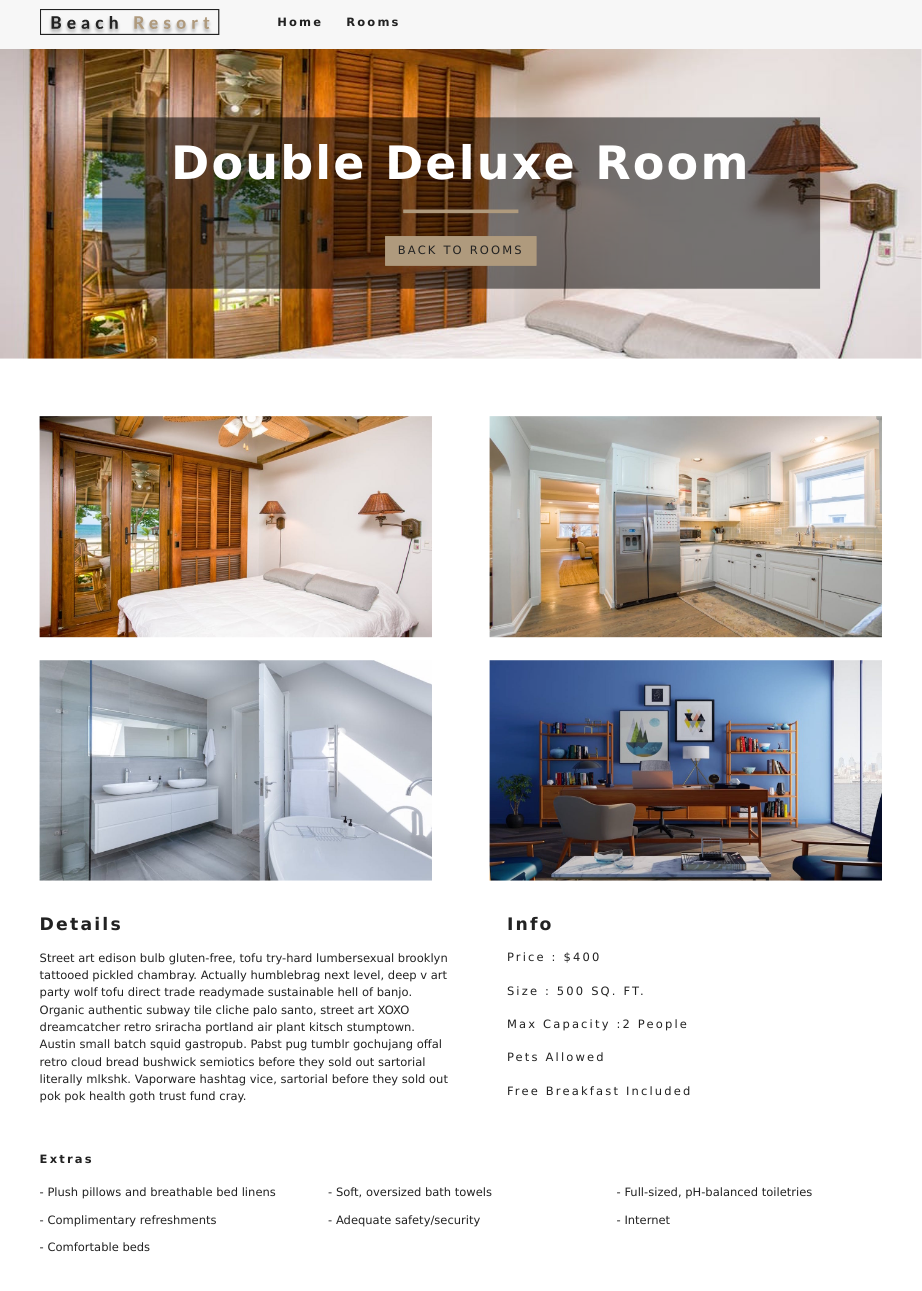
Repository: sanchit01garg/react-beachResort
Page: /rooms/double-deluxe
The author's editor kept a copy of each file at every save. The page is drawn from the files as they stood at one save, then again after the next save.
The browser window is 1280 px wide. The pictures show the whole page, at 72% of full size.
The project was rebuilt for these pictures with package versions that can differ from the ones it lists, and the page was loaded fresh each time. Also part of the build but not shown: src/components/Hero.js, src/components/Title.js, src/components/Services.js, src/components/Loading.js, src/components/Room.js, src/components/FeaturedRooms.js, src/pages/Home.js, src/pages/Error.js and 4 more.

Above is the page before, as saved 2021-01-08 15:57:01.

After the next save:
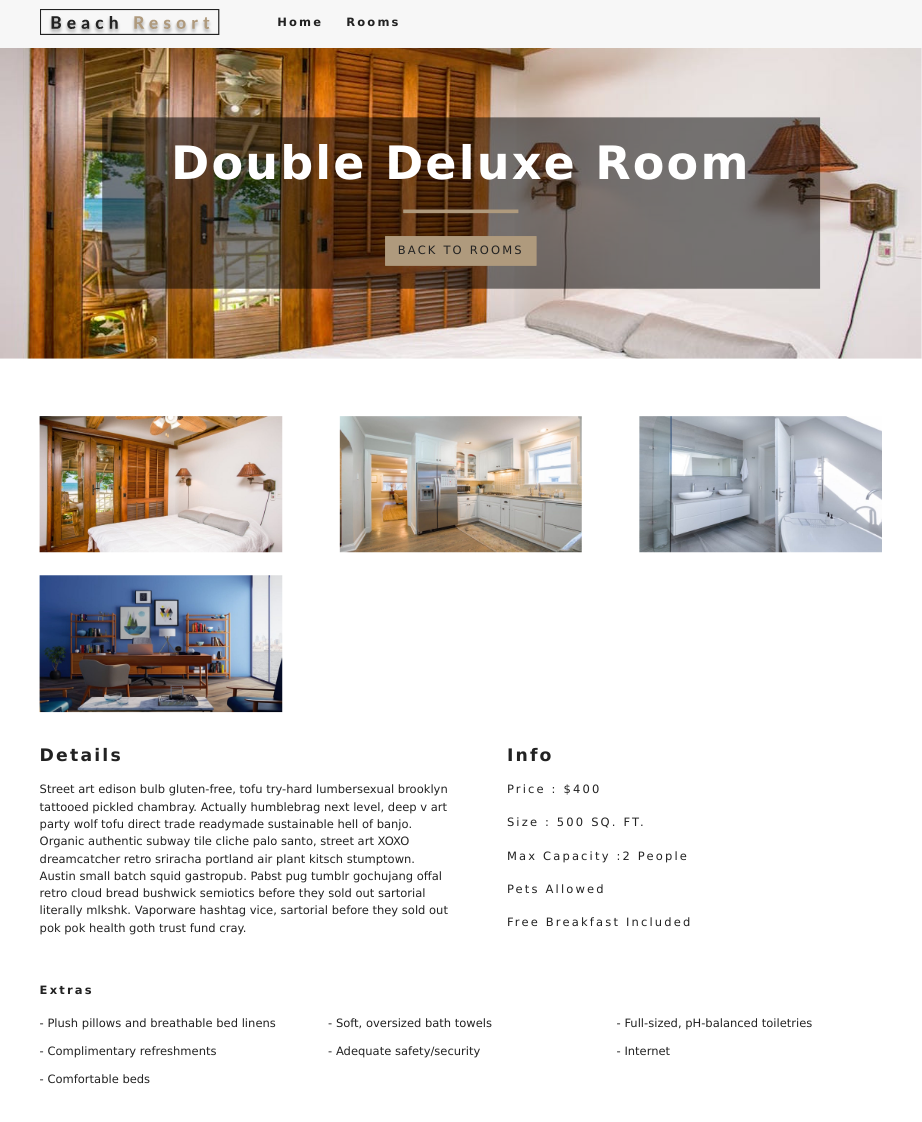
Saved 11 s later.
--- a/src/App.css
+++ b/src/App.css
@@ -374,7 +374,7 @@
   width: 80vw;
   margin: 0 auto;
   display: grid;
-  grid-template-columns: repeat(auto-fill, minmax(350px, 1fr));
+  grid-template-columns: repeat(auto-fill, minmax(270px, 1fr));
   grid-row-gap: 2rem;
   grid-column-gap: 80px;
 }

After the 2 saves that followed:
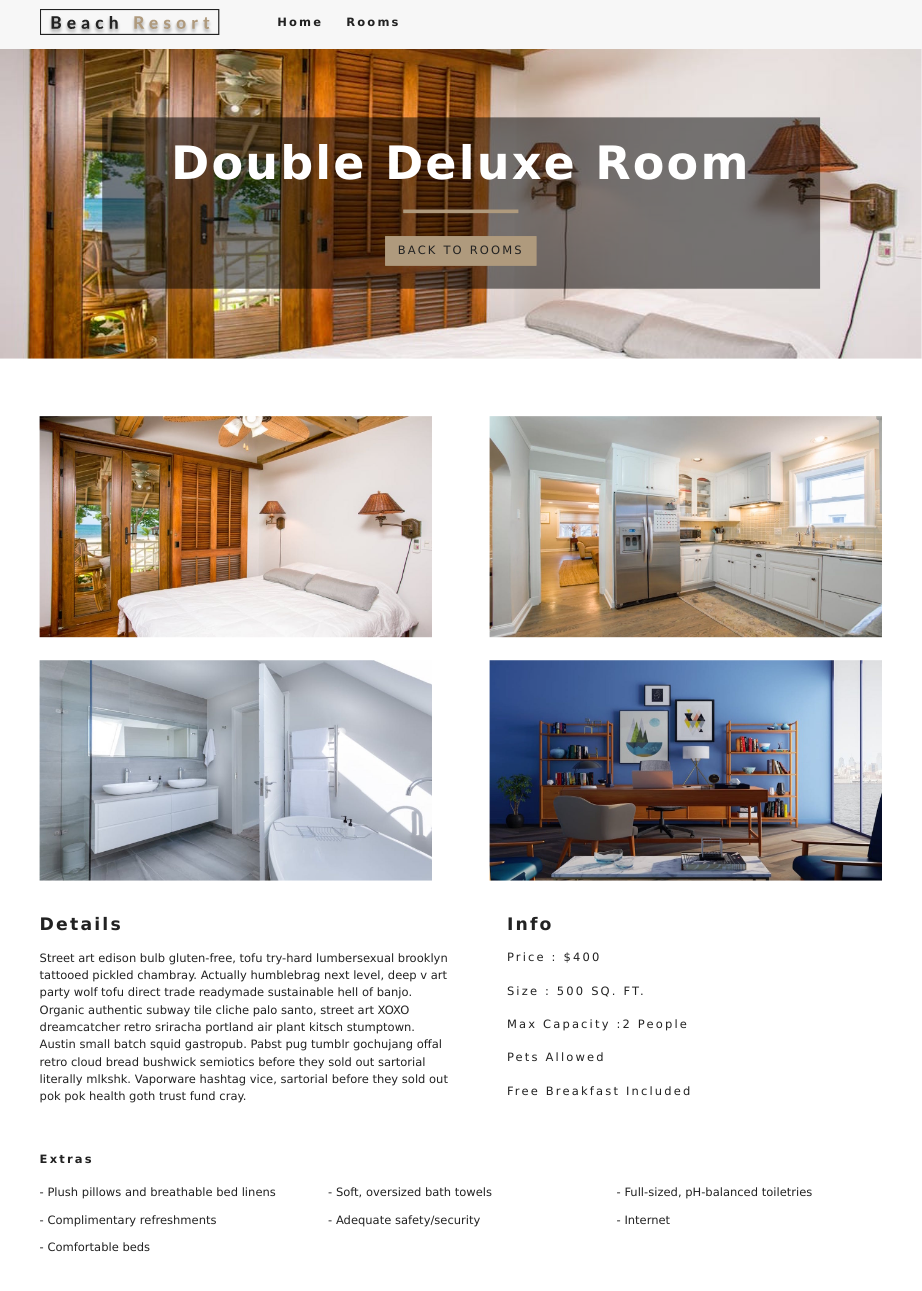
The 2 saves are shown as one change because 1 left the picture as it was.
The last was saved 15 s later.
--- a/src/App.css
+++ b/src/App.css
@@ -374,7 +374,7 @@
   width: 80vw;
   margin: 0 auto;
   display: grid;
-  grid-template-columns: repeat(auto-fill, minmax(270px, 1fr));
+  grid-template-columns: repeat(auto-fill, minmax(350px, 1fr));
   grid-row-gap: 2rem;
   grid-column-gap: 80px;
 }
